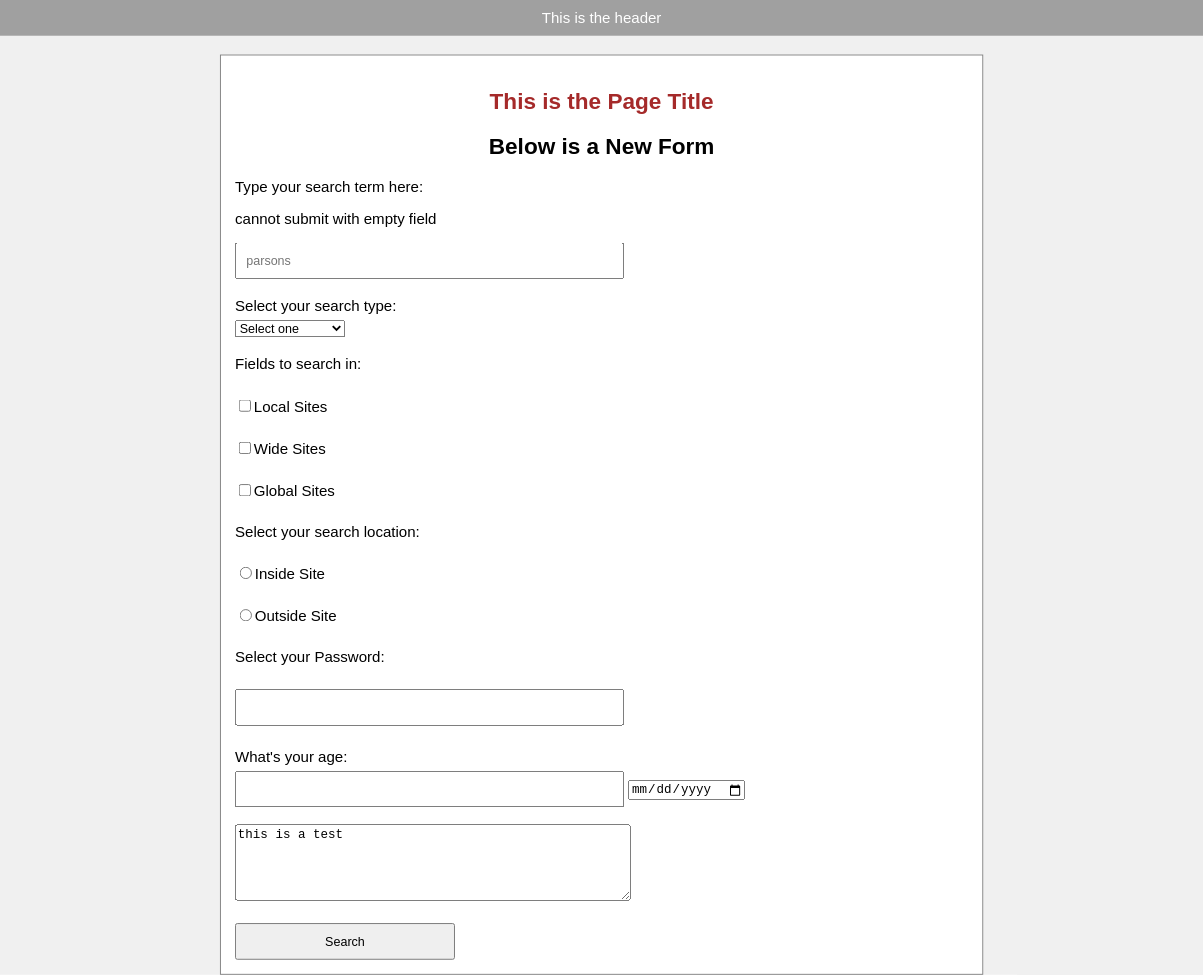
Repository: m0llyc00k/web-advanced
Page: c-6/class_6_html-boilerplate/html-boilerplate/index.html
The author's editor kept a record of every edit. The page is drawn from the files as they stood at one moment, then again after the next edit.
The browser window is 1280 px wide. The pictures show the whole page, at 94% of full size.

Above is the page before.

### c-6/class_6_html-boilerplate/html-boilerplate/index.html
<!DOCTYPE html>

<html>

	<head>
		<meta charset="utf-8">
		<meta name="viewport" content="width=device-width">

		<title>The Parsons Web Project</title>
		<meta name="description" content="Spring 2022 Class">
		<meta name="author" content="Parsons Faculty">
		<link rel="stylesheet" href="css/styles.css">
	</head>

	<body>

		<header>This is the header</header>

		<section>

			<!-- this is a test h1 block -->
			<h1 id="title">
				This is the Page Title
			</h1>

    <!-- this is a test form block -->
    <h2>Below is a New Form</h2>

<!--action is where your data is sent when form is submitted-->
    <label for="SearchBox">Type your search term here:</label>
  <form name="search" action="https://www.google.com/search" id="searchForm" method="GET">
    <input type="text" name="searchBox" id="SearchBox" placeholder="parsons" data-validate="true" value="" >

    <!--method="GET"-->
    <!--method="POST" is important for personal/ sensistive data-->

    <label for="searchType">Select your search type:</label>
    <select name="searchType" id="searchType">
        <option value="">Select one</option>
        <option value="quick">Quick Search</option>
        <option value="detail">Detailed Search</option>
    </select>

      <label for="searchArea">Fields to search in:</label>
      <label><input type="checkbox" name="searchArea" value="local" required-field>Local Sites</label>
      <label><input type="checkbox" name="searchArea" value="wide" required-field>Wide Sites</label>
      <label><input type="checkbox" name="searchArea" value="global" required-field>Global Sites</label>


    <label>Select your search location:</label>
    <label><input type="radio" name="searchScope" value="inside">Inside Site</label>
    <label><input type="radio" name="searchScope" value="outside">Outside Site</label>

    <label>Select your Password:</label>
    <label><input type="password" name="searchPass" value=""></label>


    <label for="searchAge">What's your age:</label>
    <input type="number" name="searchAge" id="SearchAge" required-field>
    <input type="date" name="dateEvent" id="dateEvent" required-field>
    <br> <br>
    <textarea rows="5" name="searchText" cols="50">this is a test</textarea>

    <button type="submit">Search</button>

  </form>


		</section>

		<!-- script always before closing body tag -->
		<script src="js/scripts.js"></script>
	</body>

</html>

### c-6/class_6_html-boilerplate/html-boilerplate/css/styles.css
body {
  font-family: arial;
  background-color:  #f0f0f0;
  margin: 0;
}

#title {
  color:  brown;
}

header {
  background-color:  #a0a0a0;
  padding: 10px;
  margin-bottom: 20px;
  text-align:  center;
  color:  white;
}

section {
  width: 70%;
  max-width: 780px;
  margin: 0 auto;
  border: 1px solid grey;
  background-color:  #ffffff;
  padding:  15px;
}
h1 {
  text-align: center;
  color: green;
}
ul {
  display: flex;
  align-items: stretch; /* Default */
  width: 100%;
  list-style: none;
  flex-wrap: wrap;
  align-items: flex-start;
  justify-content: center;
  padding: 0;
}
ul li {
  margin-bottom: 20px;
  margin-left: 20px;
  margin-right: 20px;
  align-items: center;
  flex: 1 1 auto;
  text-align:  center;
}
body ul li span:first-child {
  font-family: arial;
  font-size: 14px;
  color: red;
  text-align: center;
}
body ul li img {
  margin: 5px;
  border-radius: 3px;
  box-shadow: 1px 1px 3px rgba(0, 0, 0, 0.2);
  display: block;
}

p strong {
  color: red;
}

.highlight {
  color: green;
  background-color: #505050;
}

span {
  font-size:  21px;
}
.heading {
  font-size: 30px;
}

.third_table {
  border:  10px solid purple;
}

h2 {
  text-align: center;
}
form {
  margin: 0 auto;
}
form input[type=text], form input[type=password], form input[type=number] {
  width: 50%;
  padding: 10px;
}
button {
  padding: 10px;
  width: 30%;
  display: block;
  margin-top: 20px;
}
button:hover {
  background-color: grey;
  color: white;
}
form label {
  padding: 5px 0;
  display: block;
  margin-top: 15px;
}
form .error {
  font-size: 80%;
  color: darkred;
}
#Output {
    border: 1px solid #ccc;
    word-wrap: break-word;
    padding: 5px;
    margin: 20px 0;
    background: white;
}

### c-6/class_6_html-boilerplate/html-boilerplate/js/scripts.js
// //go to network to debug

const f = document.getElementById('searchForm');



// //type this in the console to find the form
// document.forms.search

// // document.getElementByName();

const inp = document.getElementById('searchType');

// const sel = f.elements.searchType;

// // f.submit(); // hard submit the form

// // f.reset(); //allows you to reset your data, should not really use this


// ////the below is to check data and validate, i.e. to make sure all fields are filled out

// inp.addEventListener('focus', function() {
//     console.log("focused on", this.name)
// }); // helps you to focus on area and get word count or something (click on something, focus is triggered)

// inp.addEventListener('blur', function() {
//     console.log("leaving", this.name)
// });

// inp.addEventListener('change', function() {
//     console.log("leaving after changing", this.name)
// }); //triggered when you make a change (you enter info into a field and click off, form has been changed)


// f.addEventListener('submit', function(ev) {
//     ev.preventDefault();
//     console.log("submitting form", this.name);
// }); //triggered when form is submitted


// // let input_pass = this.elements.SearchPass;
if (inp.value == '') {
    // alert('search box cannot be empty')
    const para = document.createElement('p');
    const searchBar = document.getElementById('SearchBox');
    para.textContent = 'cannot submit with empty field';
    f.insertBefore(para, searchBar);

}


// // Password field values:
// let input_pass = form.elements.SearchPass.value;
// // Checkbox values:
// ///this will show which boxes are checked in the dom
// ////checked boxes turn to .checked in the dom when clicked

// let input_area = form.elements.searchArea;
// const form_area_vals = [];
// for (i=0; i < input_area.length; i++) {
//   if (input_area[i].checked) {
//     form_area_vals.push(input_area[i].value);
// }};
///////alternative
// const form_area_vals = Array.from(input_area) // takes from a list and turns into an array
// .filter(function(input_area) {
//   return input_area.checked
// }) //this makes a new filter that makes an array of matching values
// .map( function(item) {
// return item.value
// }) //this will map each element of the array and then you can do something with this, in this case all i want is the valies so it returns that back to you

After the next edit:
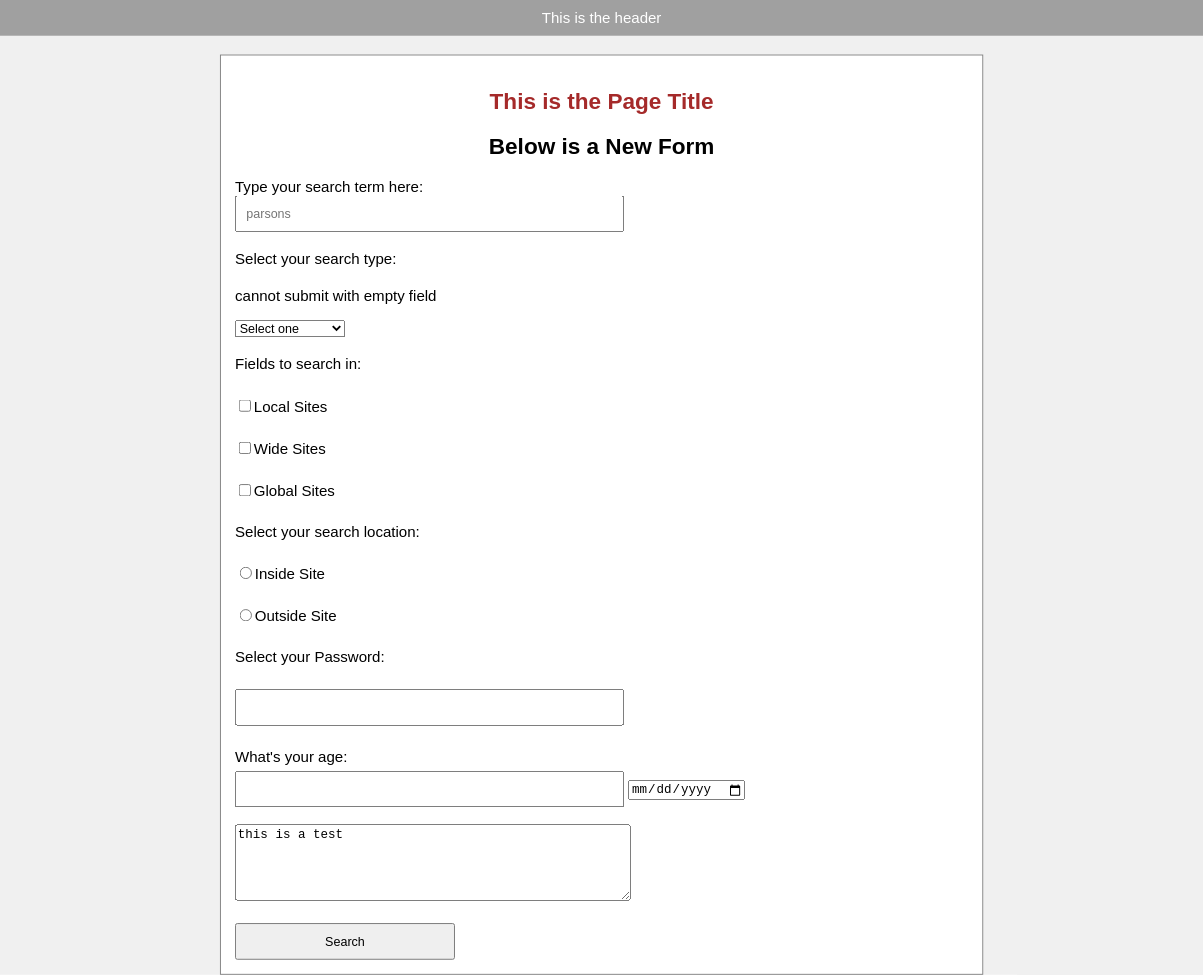
The edit:
--- a/c-6/class_6_html-boilerplate/html-boilerplate/js/scripts.js
+++ b/c-6/class_6_html-boilerplate/html-boilerplate/js/scripts.js
@@ -43,7 +43,7 @@
 if (inp.value == '') {
     // alert('search box cannot be empty')
     const para = document.createElement('p');
-    const searchBar = document.getElementById('SearchBox');
+    const searchBar = document.getElementById('searchType');
     para.textContent = 'cannot submit with empty field';
     f.insertBefore(para, searchBar);
 
